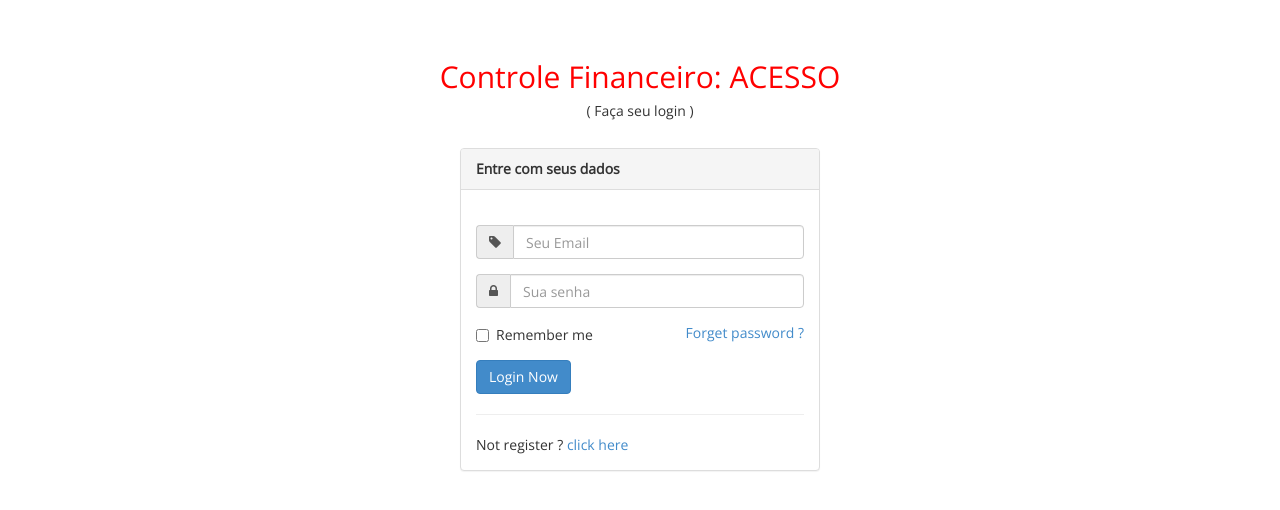
Repository: rauru008/EAD-da-WMBarros
Page: http://localhost/login.php
An editor plug-in stored every save of this project. The page is shown before and after the next save, followed by the edit.
The browser window is 1280 px wide. The pictures show the whole page.
The page is run by PHP 8.4 with error messages shown; the project is at /var/www/html/.

Above is the page before, as saved 2025-05-06 17:47:23.
Console error: ReferenceError: Morris is not defined

After the next save:
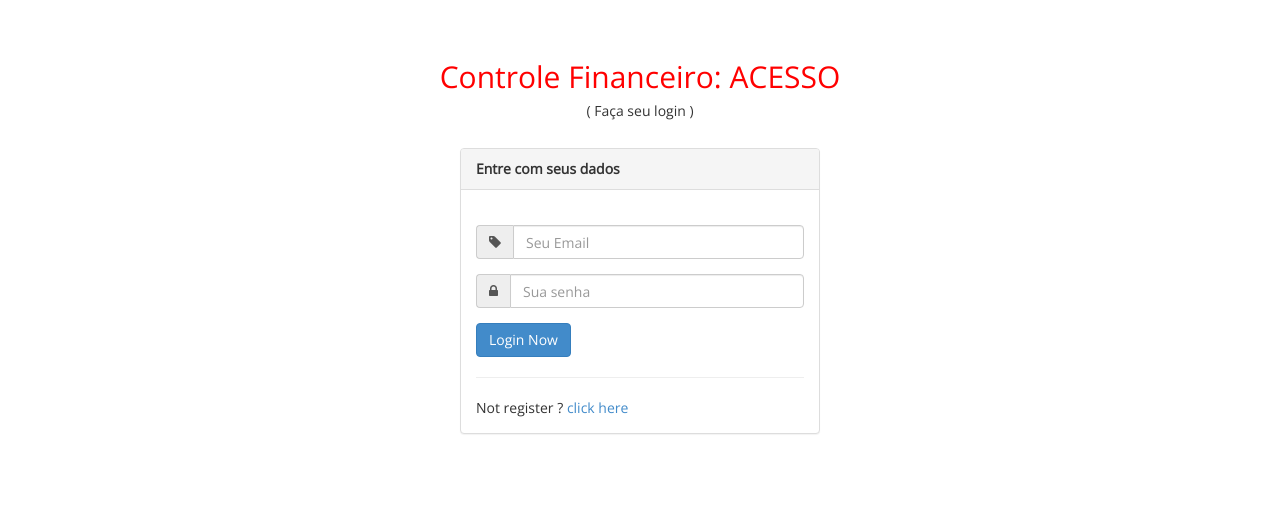
Saved 57 s later.
--- a/Financeiro/login.php
+++ b/Financeiro/login.php
@@ -35,14 +35,7 @@ include_once '_head.php';
                                 <span class="input-group-addon"><i class="fa fa-lock"></i></span>
                                 <input type="password" class="form-control" placeholder="Sua senha" />
                             </div>
-                            <div class="form-group">
-                                <label class="checkbox-inline">
-                                    <input type="checkbox" /> Remember me
-                                </label>
-                                <span class="pull-right">
-                                    <a href="#">Forget password ? </a>
-                                </span>
-                            </div>
+
 
                             <a href="index.html" class="btn btn-primary ">Login Now</a>
                             <hr />
